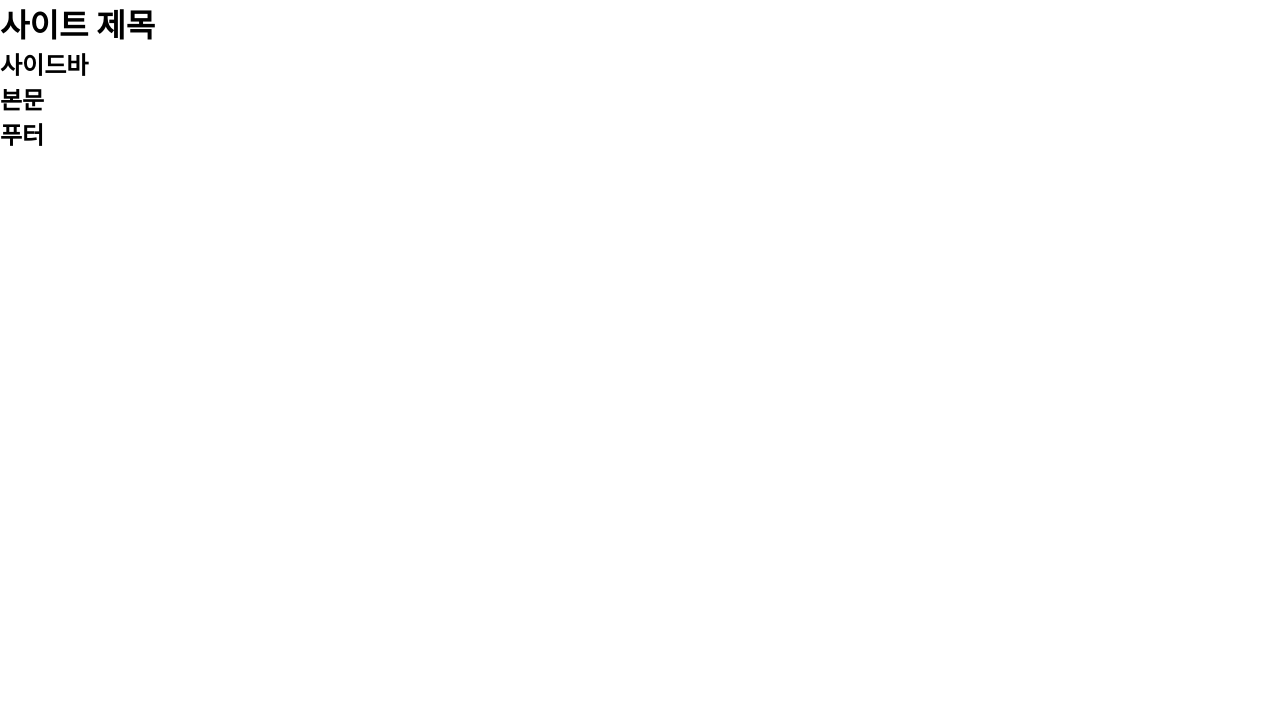
Repository: topyoungil/CodeMemories-ByJake
Page: HTML_CSS/WebContent/test/1003_css/2column.html
The author's editor kept a copy of each file at every save. The page is drawn from the files as they stood at one save, then again after the next save.
The browser window is 1280 px wide. The pictures show the whole page.

Above is the page before, as saved 2022-10-03 06:16:21.

### HTML_CSS/WebContent/test/1003_css/2column.html
<!DOCTYPE html>
<html>
<head>
<meta charset="UTF-8">
<title>CSS 레이아웃 - 2단 레이아웃</title>
<style>
	* {
		margin: 0;
		padding: 0;
		box-sizing: border-box;
	}
</style>
</head>
<body>
	<div id="container">
		<header id="header">
			<h1>사이트 제목</h1>
		</header>
		<aside id="sidebar">
			<h2>사이드바</h2>
		</aside>
		<section id="contents">
			<h2>본문</h2>
		</section>
		<footer id="footer">
			<h2>푸터</h2>
		</footer>
	</div>
</body>
</html>

After the next save:
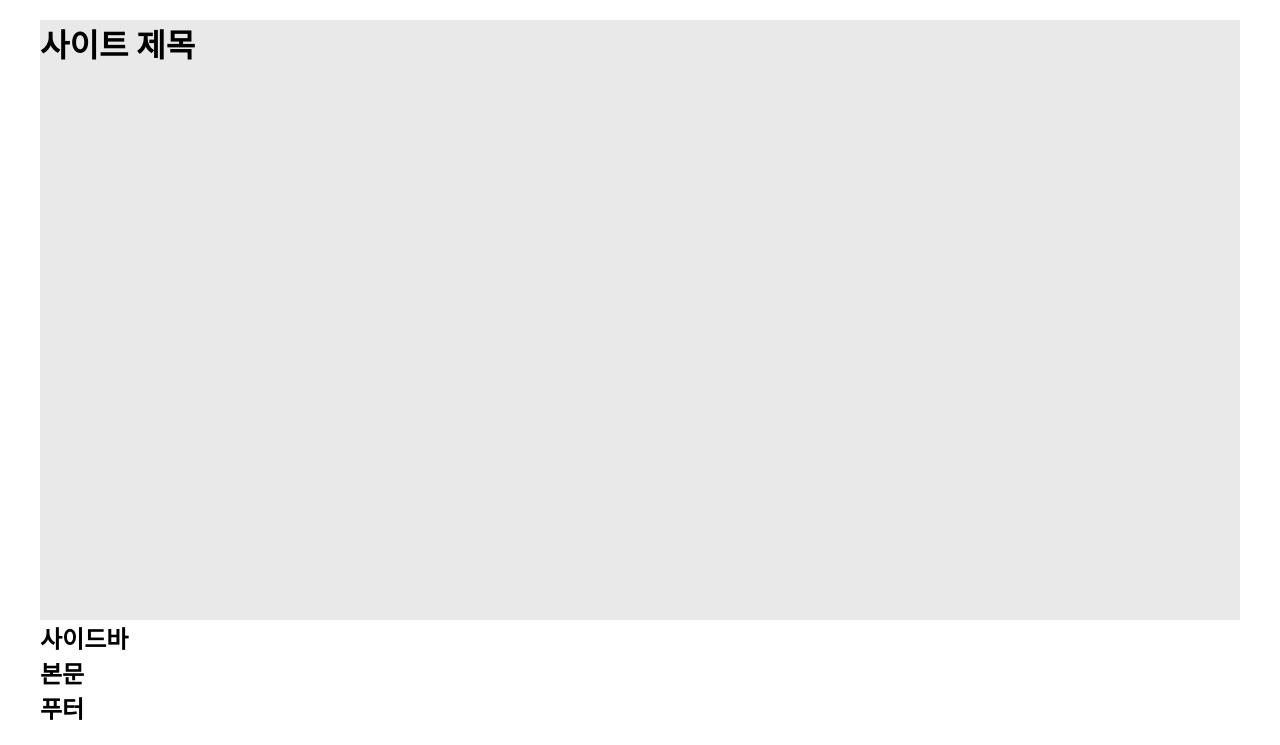
Saved 5 min 45 s later.
--- a/HTML_CSS/WebContent/test/1003_css/2column.html
+++ b/HTML_CSS/WebContent/test/1003_css/2column.html
@@ -8,6 +8,18 @@
 		margin: 0;
 		padding: 0;
 		box-sizing: border-box;
+	}
+
+	#container {
+		width: 1200px;
+		margin: 20px auto;
+	}
+
+	#header {
+		width: 100%;
+		height: 600px;
+		background-color: #e9e9e9;
+		float: left;
 	}
 </style>
 </head>
